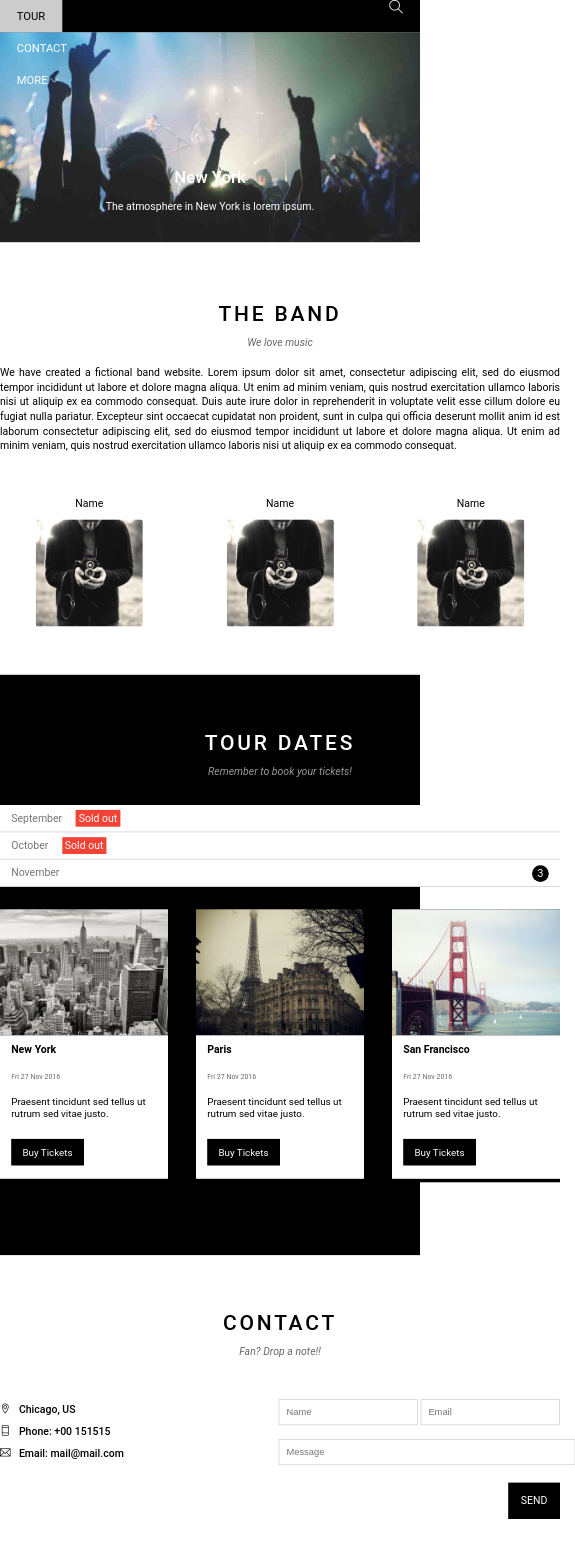
Repository: vuongld315/myLandingPage
Page: index.html
The author's editor kept a copy of each file at every save. The page is drawn from the files as they stood at one save, then again after the next save.
The browser window is 600 px wide. The page is 822 px wide, so the pictures cover 822 px, including what lies to the right of the window. The pictures show the part of the page from y = 0 to 2240 px (the page is 2705 px tall before and 2400 px after), at 70% of full size.

Above is the page before, as saved 2022-07-27 20:24:05.

### index.html
<!DOCTYPE html>
<html lang="en">
<head>
    <meta charset="UTF-8">
    <meta http-equiv="X-UA-Compatible" content="IE=edge">
    <meta name="viewport" content="width=device-width, initial-scale=1.0">
    <title>Document</title>
    <link rel="stylesheet" href="./assets/css/responsive.css">
    <link rel="stylesheet" href="./assets/css/base.css">
    <link rel="stylesheet" href="./assets/css/main.css">
    <link rel="stylesheet" href="./assets/fonts/themify-icons/themify-icons.css">
</head>
<body>
    <div id="main">
        <div id="header">
            <div id="nav">
                <ul>
                    <li><a href="">Home</a></li>
                    <li><a href="">Band</a></li>
                    <li><a href="">Tour</a></li>
                    <li><a href="">Contact</a></li>
                    <li>
                        <a href="#">
                            More
                            <i class="nav-arrow-down ti-angle-down"></i>
                        </a>
                        <ul class="subnav">
                            <li><a href="">Merchadise</a></li>
                            <li><a href="">Extras</a></li>
                            <li><a href="">Media</a></li>
                        </ul>
                    </li>
                </ul>
            </div>
            <div class="search-btn">
                <i class="search-icon ti-search"></i>
            </div>
        </div>

        <div id="slider">
            <div class="slider-faded">
                <img src="/assets/img/slider1.jpg" alt="">
                <div class="text-content">
                    <h2 class="text-heading">Chicago</h2>
                    <div class="text-desciption">Thank you, Chicago - A night we won't forget.</div>
                </div>
            </div>
            <div class="slider-faded">
                <img src="/assets/img/slider2.jpg" alt="">
                <div class="text-content">
                    <h2 class="text-heading">Los Angeles</h2>
                    <div class="text-desciption">We had the best time playing at Venice Beach!</div>
                </div>
            </div>
            <div class="slider-faded">
                <img src="/assets/img/slider3.jpg" alt="">
                <div class="text-content">
                    <h2 class="text-heading">New York</h2>
                    <div class="text-desciption">The atmosphere in New York is lorem ipsum.</div>
                </div>
            </div>
        </div>
        <div id="content">
            <!-- About section -->
            <div class="content-section">
                <h2 class="section-heading">THE BAND</h2>
                <p class="section-sub-heading">We love music</p>
                <p class="about-text">We have created a fictional band website. Lorem ipsum dolor sit amet, consectetur adipiscing elit, sed do eiusmod tempor incididunt ut labore et dolore magna aliqua. Ut enim ad minim veniam, quis nostrud exercitation ullamco laboris nisi ut aliquip ex ea commodo consequat. Duis aute irure dolor in reprehenderit in voluptate velit esse cillum dolore eu fugiat nulla pariatur. Excepteur sint occaecat cupidatat non proident, sunt in culpa qui officia deserunt mollit anim id est laborum consectetur adipiscing elit, sed do eiusmod tempor incididunt ut labore et dolore magna aliqua. Ut enim ad minim veniam, quis nostrud exercitation ullamco laboris nisi ut aliquip ex ea commodo consequat.</p>
                <div class="member-list">
                    <div class="member-item">
                        <p class="member-name">Name</p>
                        <div class="member-img">
                          <img src="./assets/img/bandmember.jpg" alt="" class="member-avata">
                        </div>
                    </div>
                    <div class="member-item">
                        <p class="member-name">Name</p>
                        <div class="member-img">
                          <img src="./assets/img/bandmember.jpg" alt="" class="member-avata">
                        </div>
                    </div>
                    <div class="member-item">
                        <p class="member-name">Name</p>
                        <div class="member-img">
                          <img src="./assets/img/bandmember.jpg" alt="" class="member-avata">
                        </div>
                    </div>
                </div>
            </div>
            <!-- Tour-section -->
            <div class="tour-section" id = "section2">
                <div class="content-section">
                    <h2 class="section-heading text-white">TOUR DATES</h2>
                    <p class="section-sub-heading text-white">Remember to book your tickets!</p>
                    <ul class="ticket-list">
                        <li>September <span class="sold-out">Sold out</span></li>
                        <li>October <span class="sold-out">Sold out</span></li>
                        <li>November <span class="quantity">3</span></li>
                    </ul>
                    <div class="tour-list-items">
                        <div class="tour-list-item">
                            <img src="./assets/img/newyork.jpg" alt="" class="tour-item-img">
                            <div class="tour-list-container">
                                <h2 class="tour-item-country">New York</h2>
                                <div class="tour-list-time">Fri 27 Nov 2016</div>
                                <p class="tour-list-text">Praesent tincidunt sed tellus ut rutrum sed vitae justo.</p>
                                <a href="#section2" class="tour-list-buttom text-white">Buy Tickets</a>
                            </div>
                        </div>
                        <div class="tour-list-item">
                            <img src="./assets/img/paris.jpg" alt="" class="tour-item-img">
                            <div class="tour-list-container">
                                <h2 class="tour-item-country">Paris</h2>
                                <div class="tour-list-time">Fri 27 Nov 2016</div>
                                <p class="tour-list-text">Praesent tincidunt sed tellus ut rutrum sed vitae justo.</p>
                                <a href="#section2" class="tour-list-buttom text-white">Buy Tickets</a>
                            </div>
                        </div>
                        <div class="tour-list-item">
                            <img src="./assets/img/sanfran.jpg" alt="" class="tour-item-img">
                            <div class="tour-list-container">
                                <h2 class="tour-item-country">San Francisco</h2>
                                <div class="tour-list-time">Fri 27 Nov 2016</div>
                                <p class="tour-list-text">Praesent tincidunt sed tellus ut rutrum sed vitae justo.</p>
                                <a href="#section2" class="tour-list-buttom text-white">Buy Tickets</a>
                            </div>
                        </div>
                    </div>
                </div>
            </div>
            <!-- modal -->
            <div class="modal">
                <div class="modal-container">
                    <div class="modal-close">
                        <i class="ti-close"></i>
                    </div>
                    <div class="modal-header text-white">
                        <i class="ti-bag">
                            Tickets
                        </i>
                    </div>
                    <div class="modal-body">
                        <label for="ticket-quantity" class="modal-label">
                            <i class="ti-shopping-cart"></i>
                            Tickets, $15 per person
                        </label>
                        <input id="ticket-quantity" type="text" class="modal-input" placeholder="How many">
                        <label for="ticket-email" class="modal-label">
                            <i class="ti-user"></i>
                            Send To
                        </label>
                        <input id="ticket-email" type="text" class="modal-input" placeholder="Enter email">
                        <button id="buy-tickets">
                            Pay
                            <i class="ti-check"></i>
                        </button>
                    </div>
                    <div class="modal-footer">
                        <p class="modal-help">Need <a href="">help</a></p>
                    </div>
                </div>
            </div>
             <!-- Contact-section -->
            <div class="content-section">
                <h2 class="section-heading">CONTACT</h2>
                <p class="section-sub-heading">Fan? Drop a note!!</p>
                <div class="row">
                    <div class="col col-half">
                        <p><i class="ti-location-pin"></i>Chicago, US</p>
                        <p><i class="ti-mobile"></i>Phone: +00 151515</p>
                        <p><i class="ti-email"></i>Email: mail@mail.com</p>
                    </div>
                    <div class="col col-half">
                        <div class="col col-half-input">
                            <input type="text" placeholder="Name">
                            <input type="text" placeholder="Email">
                        </div>
                        <div class="col col-half-input-3">
                            <input type="text" placeholder="Message">
                        </div>
                    </div>
                </div>
                <div class="contact-button">
                   <p>SEND</p>
                </div>
            </div>
        </div>

        <div id="footer">
            <img src="./assets/img/map.jpg" alt="">
            <div class="footer-icon">
                <div class="footer-icon-list">
                    <div class="footer-icon-item">
                        <i class = "ti-facebook"></i>
                    </div>
                    <div class="footer-icon-item">
                        <i class = "ti-instagram"></i>
                    </div>
                    <div class="footer-icon-item">
                        <i class = "ti-dropbox"></i>
                    </div>
                    <div class="footer-icon-item">
                        <i class = "ti-twitter"></i>
                    </div>
                    <div class="footer-icon-item">
                        <i class = "ti-pinterest-alt"></i>
                    </div>
                    <div class="footer-icon-item">
                        <i class = "ti-linkedin"></i>
                    </div>
                </div>
            </div>
        </div>
    </div>
    <script src="./main.js"></script>
</body>
</html>

### assets/css/responsive.css
/* PC */

@media (min-width: 1024px)  {

}


/* Tablet */

@media (min-width: 740px) and (max-width: 1023px)   {

}

/* Mobile */

@media (max-width: 740px)   {
   #nav > ul > li    {
        display: block;
    }

    #slider {
        width: 100%;
    }

    #slider img     {}
}

### assets/css/base.css
/* *   {
    box-sizing: inherit;
} */

body    {
    padding-bottom:100px ;
}

html    {
    font-size: 62.5%;
    line-height: 1.6rem;
    font-family: 'Roboto', sans-serif;
    box-sizing: border-box;
}

.gird   {
    width: 1200px;
    max-width: 100%;
    margin: 0 auto;
}

.gird__full-width   {
    width: 100%;
}

.gird__row  {
    display: flex;
    flex-wrap: wrap;
}

### assets/css/main.css
body    {
    margin: 0;
    padding: 0;
}

#header {
    height: 46px;
    background-color: #000;
    display: flex;
    align-items: center;
    justify-content: space-between;
    position: fixed;
    top: 0;
    right: 0;
    left: 0;
    z-index: 1;
}

#nav ul {
    padding: 0;
}

#nav li {
    display: inline-block;
    position: relative;
}

#nav > ul > li > a   {
    color: #fff;
    text-transform: uppercase;
    padding: 0 24px;
    line-height: 46px;
}

#nav li a   {
    text-decoration: none;
    font-size: 1.6rem;
    display: inline-block;

}

#nav .subnav li:hover,
#nav > ul > li:hover > a {
    color:#000;
    background-color: #ccc;

}

#nav > ul > li:hover .subnav    {
    display: block;
}

#nav .subnav    {
    display: none;
    position: absolute;
    background-color: #fff;
    width: 160px;
    box-shadow: 0 0 10px rgba(0 ,0 ,0 , .3);
}

#nav .subnav li {
    width: 100%;
    list-style: none;
    padding: 12px;

}

#nav .subnav a  {
    color: #000;
    font-size: 1.4rem;
}

.nav-arrow-down {
    font-size: 1.2rem;
}

#header .search-btn {
    font-size: 20px;
    color: #fff;
    padding: 13px 24px;
    height: 100%;
}

#header .search-btn:hover   {
    background-color: #f44336;
    cursor: pointer;
}

#slider {
    margin-top: 46px;
    position: relative;
    width: 100%;
}

.slider-faded img   {
    width: 100%;
}

.text-content  {
    position: absolute;
    color: #fff;
    bottom: 48px;
    width: 100%;
    text-align: center;
}

.text-heading   {
    font-weight: 500;
    font-size: 24px;
}

.text-desciption    {
    font-size: 15px;
    margin-top: 25px;
}
.text-white {
    color: #fff !important;
}

/* about section */

#content .content-section   {
    width: 800px;
    margin: 0 auto;
    padding: 64px 0;
}

#content .content-section .section-heading  {
    font-size: 30px;
    font-weight: 500;
    text-align: center;
    letter-spacing: 4px;
}

#content .content-section .section-sub-heading  {
    font-size: 15px;
    text-align: center;
    margin-top: 25px;
    font-style: italic;
    opacity: 0.6;
}

#content .content-section .about-text   {
    text-align: justify;
    font-size: 15px;
    margin-top: 25px;
    line-height: 1.4;
}

#content .content-section .member-list  {
    margin-top: 48px;
    display: flex;
    justify-content: space-between;
    align-items: center;
}

#content .content-section .member-name  {
    font-size: 15px;
    text-align: center;
}

#content .content-section .member-img   {
    text-align: center;
}

#content .content-section .member-avata {
    width: 60%;
    border-radius: 4px;
}


/* tour section */

#content .tour-section  {
    background-color: #000;
}

#content .tour-section .ticket-list {
    background-color: #fff;
    margin-top: 40px;
    padding: 0;
}

#content .tour-section .ticket-list > li    {
    list-style: none;
    font-size: 15px;
    padding: 11px 16px;
    margin-left: 0;
    border-bottom: 1px solid #ccc;
    color: #757575;
}

#content .tour-section .ticket-list .sold-out   {
    background-color: #f44336;
    color: #fff;
    padding: 3px 4px;
    margin-left: 16px;
}

#content .tour-section .ticket-list .quantity   {
    float: right;
    width: 24px;
    height: 24px;
    background-color: #000;
    color: #fff;
    border-radius: 50%;
    text-align: center;
    line-height: 24px;
    margin-top: -3px;
}

#content .tour-section .tour-list-items  {
    background-color: #000;
    display: flex;
    justify-content: space-between;
    margin-top: 32px;
}

#content .tour-section .tour-list-item {
    width: 30%;
    height: 390px;
    display: flex;
    flex-direction: column;
}

/* <!-- Tour-section */
.tour-list-items    {
    margin-bottom: 40px;
}

.tour-item-img  {
    width: 100%;
}

.tour-item-img:hover    {
    opacity: 0.6;
}

.tour-list-container    {
    padding-left: 16px;
    background-color: #fff;
    height: 205px;
}

.tour-list-time {
    opacity: 0.6;
    padding: 10px 0 20px;
}

.tour-list-text {
    font-size: 1.4rem;
    margin-top: 0;
}

.tour-list-buttom   {
    padding: 11px 16px;
    text-decoration: none;
    background-color: #000;
    font-size: 1.4rem;
    margin-top: 15px;
    display: inline-block;

}

.tour-list-buttom:hover   {
    opacity: 0.6;
}

.modal  {
    position: fixed;
    top: 0;
    left: 0;
    bottom: 0;
    right: 0;
    background-color: rgba(0 ,0 ,0 , .4);
    display: none;
    justify-content: center;
    align-items: center;
}

.open   {
    display: flex;
}

.modal-container    {
    background-color: #fff;
    width: 900px;
    max-width: calc(100%-32px);
    min-height: 200px;
    position: relative;
}

.modal-close    {
    position: absolute;
    right: 0;
    top: 0;
    color: #ccc;
    padding: 12px;
    cursor: pointer;
}

.modal-close:hover  {
    opacity: 0.8;
    background-color: #757575;
}

.modal-header   {
    background-color: #009688;
    height: 130px;
    display: flex;
    justify-content: center;
    align-items: center;
    font-size: 30px;
    letter-spacing: 4px;
}

.modal-body {
    height: 240px;
    display: flex;
    flex-direction: column;
    padding: 0 16px;
    justify-content: space-around;
    margin-bottom: 40px;
}

.modal-label    {
    font-size: 1.5rem;
    font-weight: 500;
    margin-top: 18px;
}

.modal-input    {
    padding: 10px;
    font-size: 15px;
    border: 1px solid #ccc;
    margin-bottom: 20px;
}

#buy-tickets    {
    background-color: #009688;
    border: none;
    color: #fff;
    font-size: 15px;
    text-transform: uppercase;
    padding: 18px;
}

#buy-tickets:hover  {
    opacity: 0.8;
    cursor: pointer;
}

.modal-footer  {
    text-align: right;
    padding: 0 16px;
    font-size: 1.5rem;
    padding-bottom: 16px;
}

.modal-footer a     {
    color: #2196F3;
}

.row    {
    display: flex;
    justify-content: space-between;
    margin-top: 50px;
}

.col-half   {
    font-size: 1.5rem;
    font-weight: 500;
}

.col-half i {
    margin-right: 12px;
}

.col-half input {
    padding: 10px;
    margin: 10px 0;
    border: 1px solid #ccc;
}

.col-half-input-3 input   {
    width: 100%;
}

.contact-button p {
    font-size: 15px;
    padding: 18px;
    background-color: #000;
    color:#fff;
    display: block;
    float: right;
}

#footer {
    margin-top: 110px;
    margin-bottom: 70px;
    height: inherit;
}

#footer img{
    width: 100%;
}

.footer-icon-list   {
    display: flex;
}

### main.js
// slide
var slideIndex = 0;
var slides = document.querySelectorAll('.slider-faded');
function showSlides()   {
    for (var i = 0; i < slides.length; i++) {
        slides[i].style.display = "none";
    }
    slideIndex++;
    if (slideIndex > slides.length) {
        slideIndex = 1
    }
    slides[slideIndex-1].style.display = "block";
    setTimeout(showSlides, 2000);
}
showSlides();

// Open modal
var modal = document.querySelector('.modal');
var btns = document.querySelectorAll('.tour-list-buttom');
btns.forEach((btn,index) => {
    btn.onclick = function () {
        modal.style.display = "flex";
    }
})

// close modal
var close = modal.querySelector('.modal-close');
close.onclick = function () {
    modal.style.display = "none";
}
window.onclick = function (e)   {
    if (e.target == modal)  {
        modal.style.display = "none";
    }
}

Loaded but not shown: assets/fonts/themify-icons/themify-icons.css (common file)

After the next save:
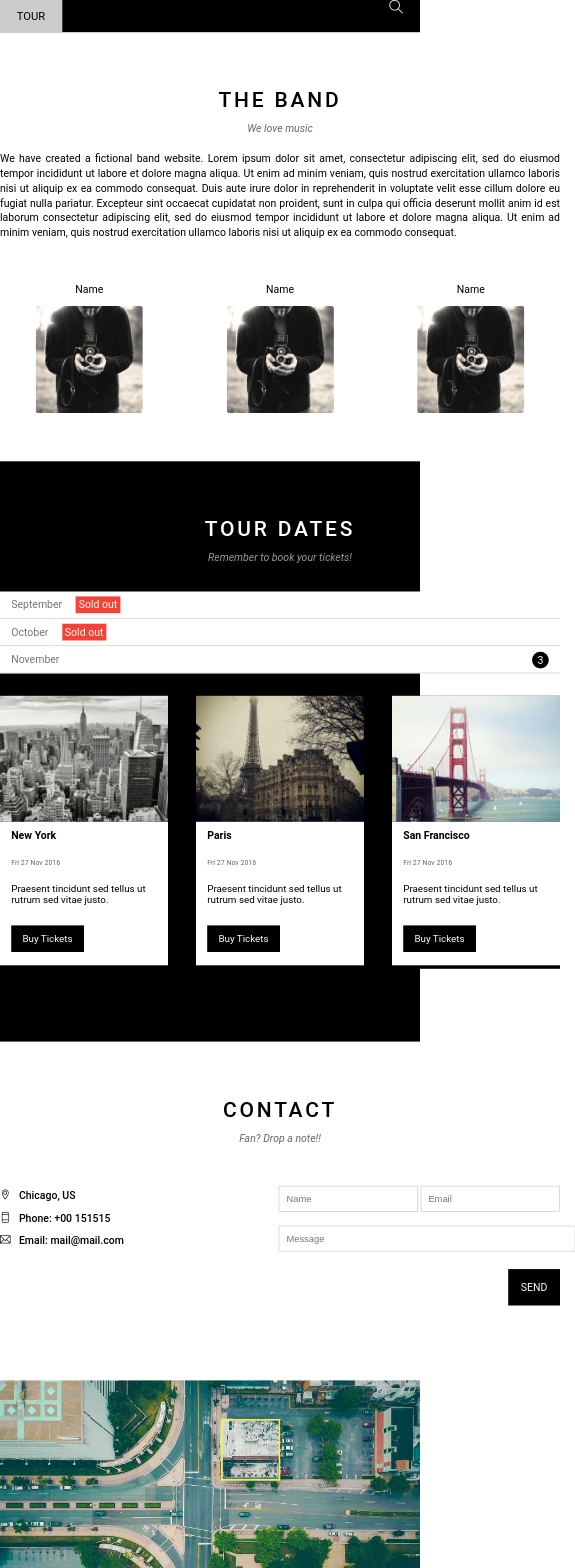
Saved 6 s later.
--- a/assets/css/responsive.css
+++ b/assets/css/responsive.css
@@ -22,5 +22,7 @@
         width: 100%;
     }
 
-    #slider img     {}
+    #slider img     {
+        display: none;
+    }
 }
